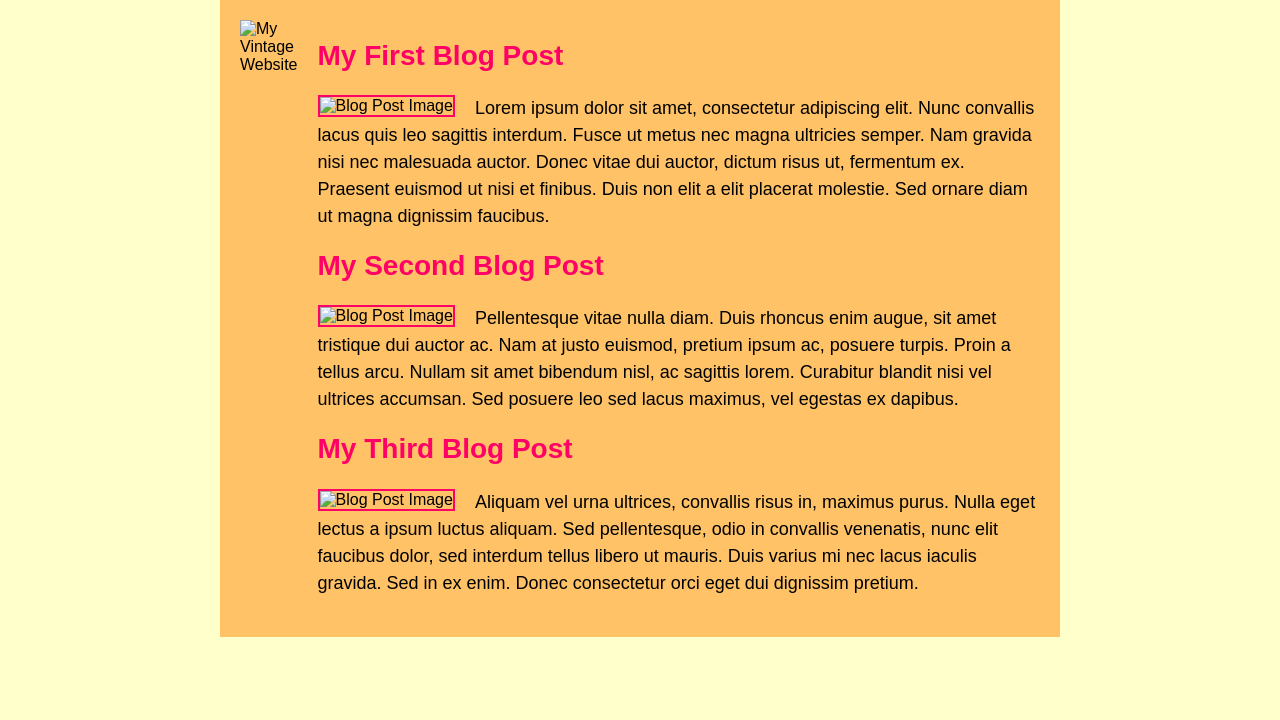
Repository: RennarDeer/RenDev
Page: index.html
An editor plug-in stored every save of this project. The page is shown before and after the next save, followed by the edit.
The browser window is 1280 px wide. The pictures show the whole page.

Above is the page before, as saved 2023-02-14 19:31:08.
Not found: placeholder-image.jpg

### index.html
<!DOCTYPE html>
<html>
<head>
	<title>My Vintage Website</title>
	<link rel="stylesheet" type="text/css" href="style.css">
</head>
<body>
	<div id="container">
		<img src="placeholder-image.jpg" alt="My Vintage Website" class="logo">
		<div id="content">
			<div class="blog-post">
				<h2>My First Blog Post</h2>
				<img src="placeholder-image.jpg" alt="Blog Post Image">
				<p>Lorem ipsum dolor sit amet, consectetur adipiscing elit. Nunc convallis lacus quis leo sagittis interdum. Fusce ut metus nec magna ultricies semper. Nam gravida nisi nec malesuada auctor. Donec vitae dui auctor, dictum risus ut, fermentum ex. Praesent euismod ut nisi et finibus. Duis non elit a elit placerat molestie. Sed ornare diam ut magna dignissim faucibus.</p>
			</div>
			<div class="blog-post">
				<h2>My Second Blog Post</h2>
				<img src="placeholder-image.jpg" alt="Blog Post Image">
				<p>Pellentesque vitae nulla diam. Duis rhoncus enim augue, sit amet tristique dui auctor ac. Nam at justo euismod, pretium ipsum ac, posuere turpis. Proin a tellus arcu. Nullam sit amet bibendum nisl, ac sagittis lorem. Curabitur blandit nisi vel ultrices accumsan. Sed posuere leo sed lacus maximus, vel egestas ex dapibus.</p>
			</div>
			<div class="blog-post">
				<h2>My Third Blog Post</h2>
				<img src="placeholder-image.jpg" alt="Blog Post Image">
				<p>Aliquam vel urna ultrices, convallis risus in, maximus purus. Nulla eget lectus a ipsum luctus aliquam. Sed pellentesque, odio in convallis venenatis, nunc elit faucibus dolor, sed interdum tellus libero ut mauris. Duis varius mi nec lacus iaculis gravida. Sed in ex enim. Donec consectetur orci eget dui dignissim pretium. </p>
			</div>
		</div>
	</div>
</body>
</html>

### style.css
body {
	background-color: #ffffcc;
	font-family: Arial, sans-serif;
	margin: 0;
	padding: 0;
}

#container {
	margin: 0 auto;
	max-width: 800px;
	padding: 20px;
	background-color: #ffc266;
	display: flex;
}

.logo {
	width: 150px;
	height: auto;
	margin-right: 20px;
}

#content {
	margin-top: 20px;
}

h2 {
	font-size: 28px;
	color: #ff0066;
	margin-top: 0;
}

p {
	font-size: 18px;
	line-height: 1.5;
}

.blog-post {
	margin-bottom: 20px;
}

.blog-post img {
	margin-right: 20px;
	max-width: 300px;
	height: auto;
	float: left;
	border: 2px solid #ff0066;
}

After the next save:
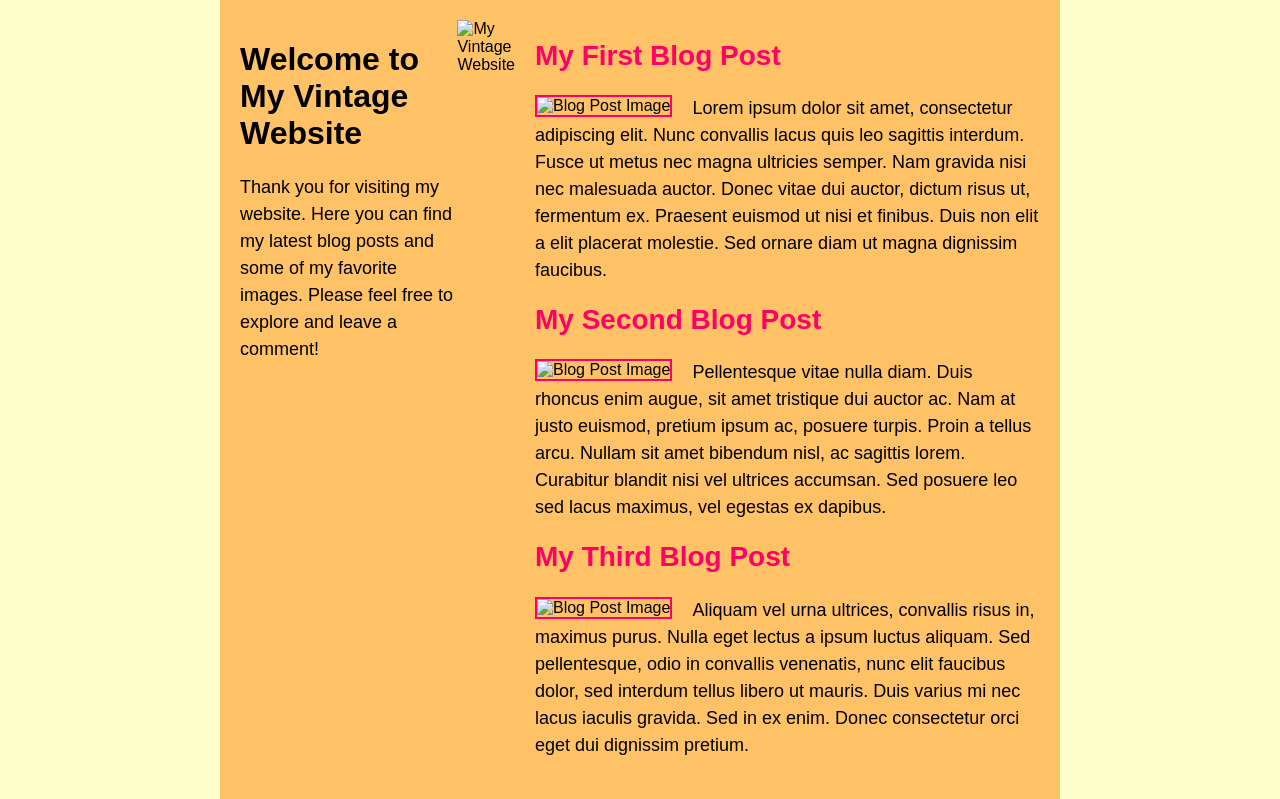
Saved 11 min 48 s later.
--- a/index.html
+++ b/index.html
@@ -6,6 +6,10 @@
 </head>
 <body>
 	<div id="container">
+		<div id="intro">
+			<h1>Welcome to My Vintage Website</h1>
+			<p>Thank you for visiting my website. Here you can find my latest blog posts and some of my favorite images. Please feel free to explore and leave a comment!</p>
+		</div>
 		<img src="placeholder-image.jpg" alt="My Vintage Website" class="logo">
 		<div id="content">
 			<div class="blog-post">
